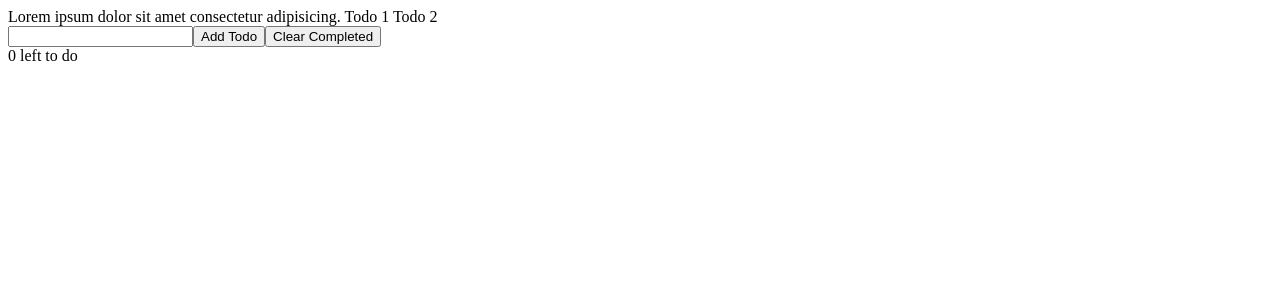
Repository: Hyperion72R/React-concepts
Page: /
An editor plug-in stored every save of this project. The page is shown before and after the next save, followed by the edit.
The browser window is 1280 px wide. The pictures show the whole page.
The project was rebuilt for these pictures with package versions that can differ from the ones it lists, and the page was loaded fresh each time.

Above is the page before, as saved 2021-07-14 23:08:19.

After the next save:
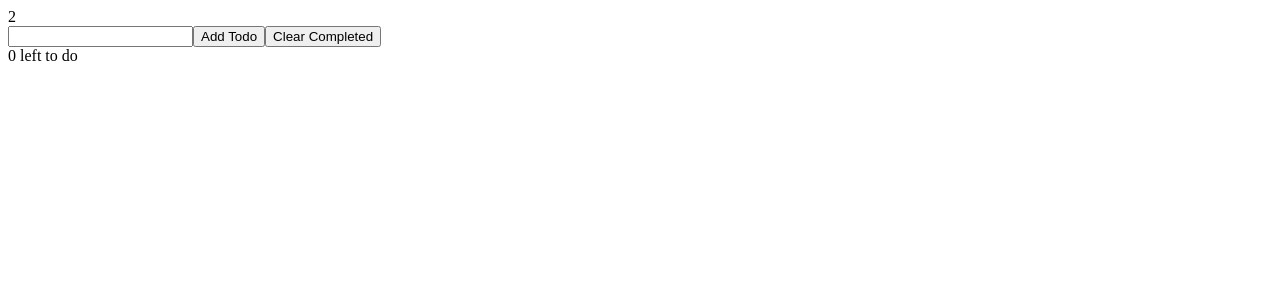
Saved 2 days later.
--- a/src/TodoList.js
+++ b/src/TodoList.js
@@ -1,7 +1,9 @@
 import React from "react";
 
 export default function TodoList({ todoList }) {
-  return (
-    <div>Lorem ipsum dolor sit amet consectetur adipisicing.{todoList}</div>
-  );
+  return <div>{todoList.length}</div>;
 }
+
+{
+  /* <div>Lorem ipsum dolor sit amet consectetur adipisicing.{todoList}</div> */
+}

After the 6 saves that followed:
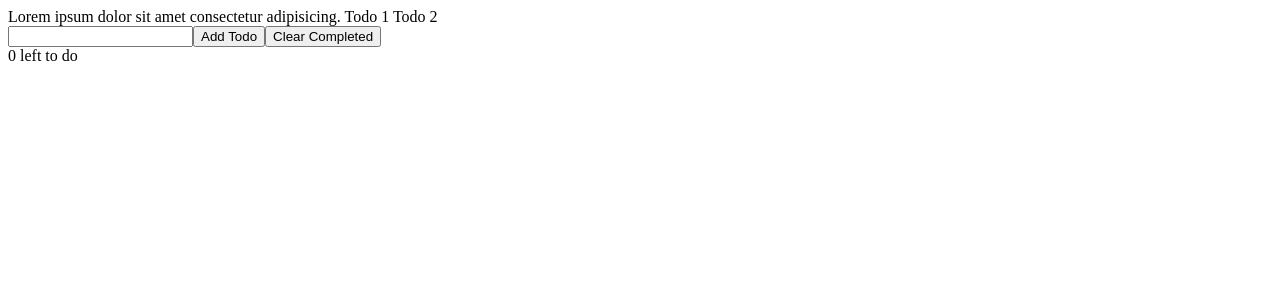
The 6 saves are shown as one change because 2 did not build or start and 3 left the picture as it was.
The last was saved 91 s later.
--- a/src/TodoList.js
+++ b/src/TodoList.js
@@ -1,9 +1,7 @@
 import React from "react";
 
 export default function TodoList({ todoList }) {
-  return <div>{todoList.length}</div>;
+  return (
+    <div>Lorem ipsum dolor sit amet consectetur adipisicing.{todoList}</div>
+  );
 }
-
-{
-  /* <div>Lorem ipsum dolor sit amet consectetur adipisicing.{todoList}</div> */
-}
